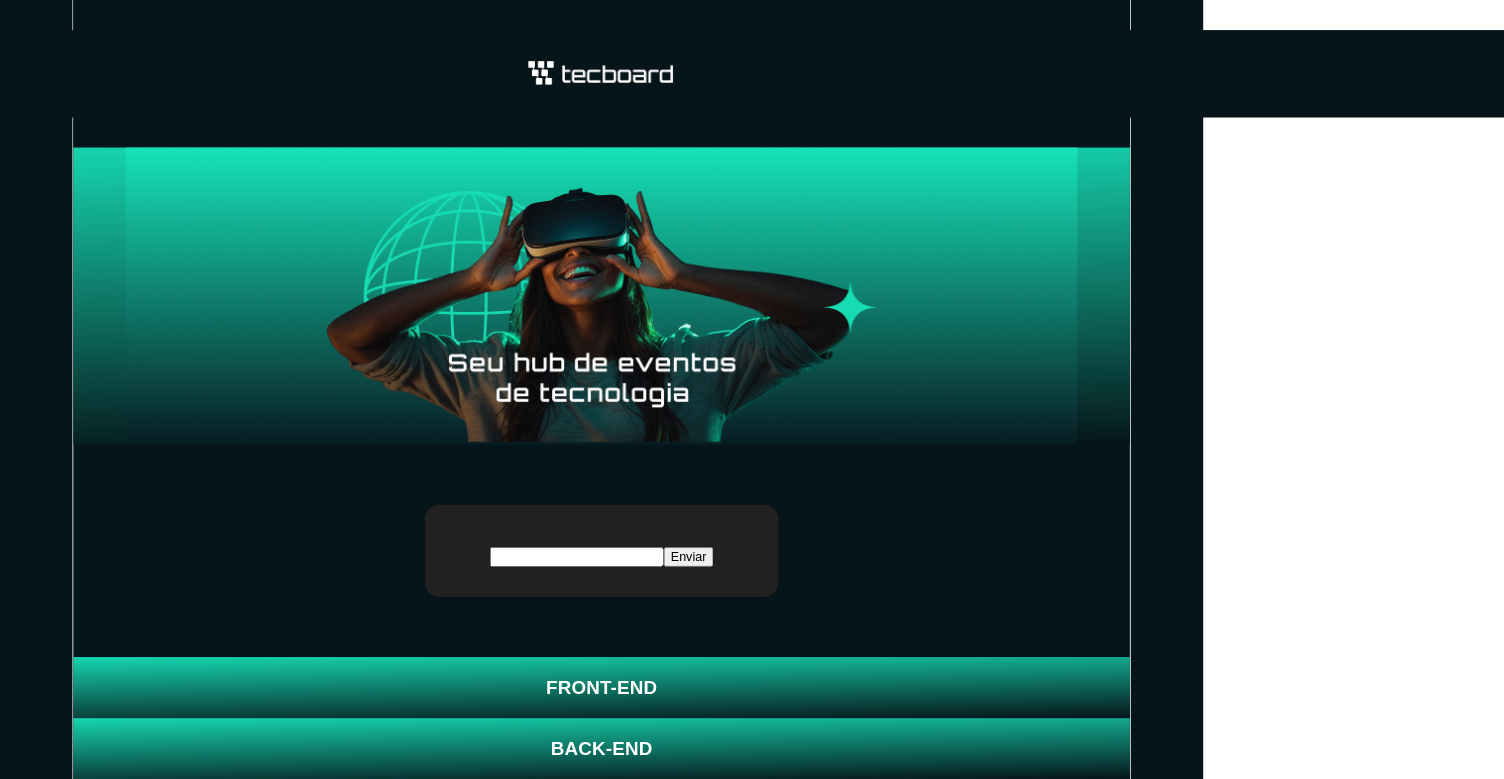
Repository: fernandadev12/techboard
Page: /
These files come from the project's save history. The page is drawn as it stood at one moment and after the next save; the edit follows.
The browser window is 1280 px wide. The page is 1600 px wide, so the pictures cover 1600 px, including what lies to the right of the window. The pictures show the whole page, at 94% of full size.
The project was rebuilt for these pictures with package versions that can differ from the ones it lists, and the page was loaded fresh each time. Also part of the build but not shown: vite.config.js.

Above is the page before, as saved 2026-06-14 14:39:14.

### index.html
<!doctype html>
<html lang="en">
  <head>
    <meta charset="UTF-8" />
    <link rel="icon" type="image/svg+xml" href="/favicon.svg" />
    <meta name="viewport" content="width=device-width, initial-scale=1.0" />
    <link rel="preconnect" href="https://fonts.googleapis.com" />
    <link rel="preconnect" href="https://fonts.gstatic.com" crossorigin />
    <link
      href="https://fonts.googleapis.com/css2?family=Orbitron:wght@400..900&display=swap"
      rel="stylesheet"
    />
    <title>techboard</title>
  </head>
  <body>
    <div id="root"></div>
    <script type="module" src="/src/main.jsx"></script>
  </body>
</html>

### src/index.css
:root {
  --text: #6b6375;
  --text-h: #08060d;
  --bg: #fff;
  --border: #e5e4e7;
  --code-bg: #f4f3ec;
  --accent: #aa3bff;
  --accent-bg: rgba(170, 59, 255, 0.1);
  --accent-border: rgba(170, 59, 255, 0.5);
  --social-bg: rgba(244, 243, 236, 0.5);
  --shadow:
    rgba(0, 0, 0, 0.1) 0 10px 15px -3px, rgba(0, 0, 0, 0.05) 0 4px 6px -2px;

  --sans: system-ui, "Segoe UI", Roboto, sans-serif;
  --heading: system-ui, "Segoe UI", Roboto, sans-serif;
  --mono: ui-monospace, Consolas, monospace;

  font: 18px/145% var(--sans);
  letter-spacing: 0.18px;
  color-scheme: light dark;
  color: var(--text);
  background: var(--bg);
  font-synthesis: none;
  text-rendering: optimizeLegibility;
  -webkit-font-smoothing: antialiased;
  -moz-osx-font-smoothing: grayscale;

  @media (max-width: 1024px) {
    font-size: 16px;
  }
}

@media (prefers-color-scheme: dark) {
  :root {
    --text: #9ca3af;
    --text-h: #f3f4f6;
    --bg: #16171d;
    --border: #2e303a;
    --code-bg: #1f2028;
    --accent: #c084fc;
    --accent-bg: rgba(192, 132, 252, 0.15);
    --accent-border: rgba(192, 132, 252, 0.5);
    --social-bg: rgba(47, 48, 58, 0.5);
    --shadow:
      rgba(0, 0, 0, 0.4) 0 10px 15px -3px, rgba(0, 0, 0, 0.25) 0 4px 6px -2px;
  }

  #social .button-icon {
    filter: invert(1) brightness(2);
  }
}

body {
  margin: 0;
  background-color: #06151a;
}

#root {
  width: 1126px;
  max-width: 100%;
  margin: 0 auto;
  text-align: center;
  border-inline: 1px solid var(--border);
  min-height: 100svh;
  display: flex;
  flex-direction: column;
  box-sizing: border-box;
}

h1,
h2 {
  font-family: var(--heading);
  font-weight: 500;
  color: var(--text-h);
}

h1 {
  font-size: 56px;
  letter-spacing: -1.68px;
  margin: 32px 0;
  @media (max-width: 1024px) {
    font-size: 36px;
    margin: 20px 0;
  }
}
h2 {
  font-size: 24px;
  line-height: 118%;
  letter-spacing: -0.24px;
  margin: 0 0 8px;
  @media (max-width: 1024px) {
    font-size: 20px;
  }
}
p {
  margin: 0;
}

code,
.counter {
  font-family: var(--mono);
  display: inline-flex;
  border-radius: 4px;
  color: var(--text-h);
}

code {
  font-size: 15px;
  line-height: 135%;
  padding: 4px 8px;
  background: var(--code-bg);
}

### src/App.jsx
import "./App.css";
import { Banner } from "./componentes/Banner";
import { Tema } from "./componentes/Tema";
import { FormularioDeEvento } from "./componentes/FormularioDeEvento";

function App() {
  const temas = [
    {
      id: 1,
      nome: "Front-end",
    },
    {
      id: 2,
      nome: "Back-end",
    },
    {
      id: 3,
      nome: "Mobile",
    },
    {
      id: 4,
      nome: "DevOps",
    },
    {
      id: 5,
      nome: "Inteligência Artificial",
    },
    {
      id: 6,
      nome: "Cloud",
    },
  ];

  return (
    <main>
      <header>
        <img src="/Header.png"></img>
      </header>
      <Banner />
      <FormularioDeEvento />
      <section>
        <Tema tema={temas[0]} />
      </section>
      <section>
        <Tema tema={temas[1]} />
      </section>
    </main>
  );
}

export default App;

### src/App.css
header {
  background-color: #06151a;
  padding: 32px;
  display: flex;
  justify-content: center;
}
section {
  background: linear-gradient(179deg, #16d5af 0%, #06151a);
  display: flex;
  justify-content: center;
}
section img {
  max-width: 90%;
}

.form-evento {
  background-color: #212121;
  padding: 32px 28px;
  border-radius: 15px;
  width: 394px;
  margin: 64px auto;
  max-width: 320px;
}
.hero {
  position: relative;

  .base,
  .framework,
  .vite {
    inset-inline: 0;
    margin: 0 auto;
  }

  .base {
    width: 170px;
    position: relative;
    z-index: 0;
  }

  .framework,
  .vite {
    position: absolute;
  }

  .framework {
    z-index: 1;
    top: 34px;
    height: 28px;
    transform: perspective(2000px) rotateZ(300deg) rotateX(44deg) rotateY(39deg)
      scale(1.4);
  }

  .vite {
    z-index: 0;
    top: 107px;
    height: 26px;
    width: auto;
    transform: perspective(2000px) rotateZ(300deg) rotateX(40deg) rotateY(39deg)
      scale(0.8);
  }
}

#center {
  display: flex;
  flex-direction: column;
  gap: 25px;
  place-content: center;
  place-items: center;
  flex-grow: 1;

  @media (max-width: 1024px) {
    padding: 32px 20px 24px;
    gap: 18px;
  }
}

#next-steps {
  display: flex;
  border-top: 1px solid var(--border);
  text-align: left;

  & > div {
    flex: 1 1 0;
    padding: 32px;
    @media (max-width: 1024px) {
      padding: 24px 20px;
    }
  }

  .icon {
    margin-bottom: 16px;
    width: 22px;
    height: 22px;
  }

  @media (max-width: 1024px) {
    flex-direction: column;
    text-align: center;
  }
}

#docs {
  border-right: 1px solid var(--border);

  @media (max-width: 1024px) {
    border-right: none;
    border-bottom: 1px solid var(--border);
  }
}

#next-steps ul {
  list-style: none;
  padding: 0;
  display: flex;
  gap: 8px;
  margin: 32px 0 0;

  .logo {
    height: 18px;
  }

  a {
    color: var(--text-h);
    font-size: 16px;
    border-radius: 6px;
    background: var(--social-bg);
    display: flex;
    padding: 6px 12px;
    align-items: center;
    gap: 8px;
    text-decoration: none;
    transition: box-shadow 0.3s;

    &:hover {
      box-shadow: var(--shadow);
    }
    .button-icon {
      height: 18px;
      width: 18px;
    }
  }

  @media (max-width: 1024px) {
    margin-top: 20px;
    flex-wrap: wrap;
    justify-content: center;

    li {
      flex: 1 1 calc(50% - 8px);
    }

    a {
      width: 100%;
      justify-content: center;
      box-sizing: border-box;
    }
  }
}

#spacer {
  height: 88px;
  border-top: 1px solid var(--border);
  @media (max-width: 1024px) {
    height: 48px;
  }
}

.ticks {
  position: relative;
  width: 100%;

  &::before,
  &::after {
    content: "";
    position: absolute;
    top: -4.5px;
    border: 5px solid transparent;
  }

  &::before {
    left: 0;
    border-left-color: var(--border);
  }
  &::after {
    right: 0;
    border-right-color: var(--border);
  }
}

### src/componentes/Banner/index.jsx
import "./bannerstyles.css";

export function Banner() {
  return (
    <section className="banner">
      <img src="/Banner.jpg"></img>
    </section>
  );
}

### src/componentes/Tema/index.jsx
import "./temastyles.css";

export function Tema({ tema }) {
  return <h3 className="titulotema">{tema.nome}</h3>;
}

### src/componentes/FormularioDeEvento/index.jsx
import { TituloFormulario } from "../TituloFormulario";
import { CampoFormulario } from "../CampoDeFormulario";
import { BotaoFormulario } from "../Botao";

export function FormularioDeEvento() {
  return (
    <form className="form-evento">
      <TituloFormulario />
      <CampoFormulario />
      <input type="text" id="nome" />
      <BotaoFormulario />
    </form>
  );
}

### src/componentes/Banner/bannerstyles.css
.banner {
  background: linear-gradient(179deg, #16d5af 0%, #06151a);
  display: flex;
  justify-content: center;
}

.banner img {
  max-width: 90%;
}

### src/componentes/Tema/temastyles.css
.titulotema {
  color: #fff;
  font-family: "Orbiton", sans-serif;
  font-weight: 600;
  font-size: 20px;
  line-height: 125%;
  letter-spacing: 10%;
  vertical-align: middle;
  text-transform: uppercase;
}

### src/componentes/TituloFormulario/index.jsx
import "./titulostyle.css";

// export function TituloFormulario() {
//   return <h3 class="tituloform">Preencha para criar um evento:</h3>;
// }
export function TituloFormulario({ children }) {
  return <h2 className="tituloform">{children}</h2>;
}

### src/componentes/CampoDeFormulario/index.jsx
import "./campoformestyles.css";

export function CampoFormulario({ children }) {
  return <fieldset className="campoform">{children}</fieldset>;
}

### src/componentes/Botao/index.jsx
export function BotaoFormulario() {
  return <button type="submit">Enviar</button>;
}

### src/componentes/TituloFormulario/titulostyle.css
.tituloform {
  font-family:
    "Trebuchet MS", "Lucida Sans Unicode", "Lucida Grande", "Lucida Sans",
    Arial, sans-serif;
  font-weight: 400;
  font-size: 20px;
  line-height: 125%;
  color: #fff;
}

### src/componentes/CampoDeFormulario/campoformestyles.css
.campoform {
  display: flex;
  flex-direction: column;
  gap: 8px;
  border: 1px;
  padding: 0;
  margin: 0;
}

Loaded but not shown: src/main.jsx (common file)

After the next save:
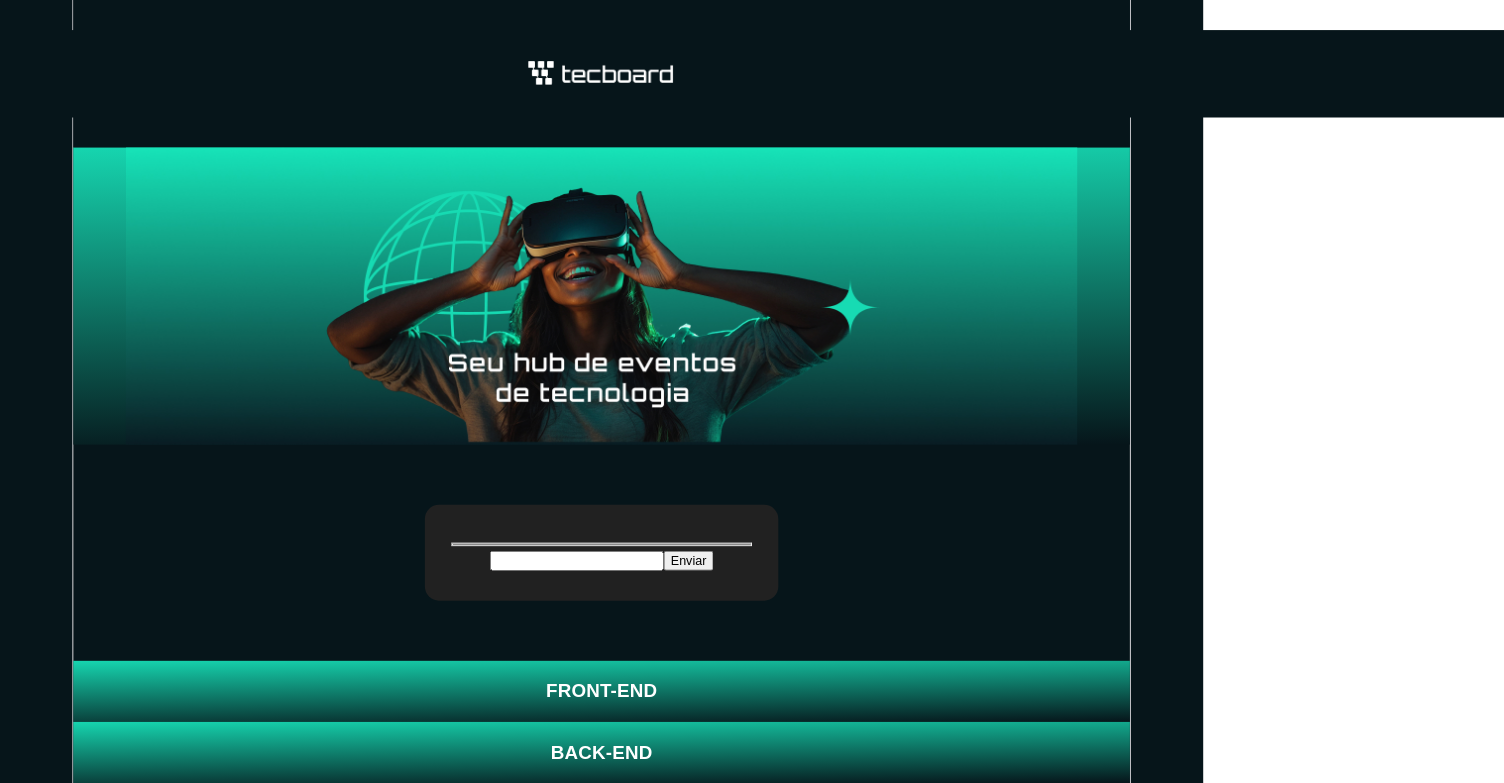
Saved 6 s later.
--- a/src/componentes/CampoDeFormulario/campoformestyles.css
+++ b/src/componentes/CampoDeFormulario/campoformestyles.css
@@ -2,7 +2,7 @@
   display: flex;
   flex-direction: column;
   gap: 8px;
-  border: 1px;
+
   padding: 0;
   margin: 0;
 }

After the save that followed:
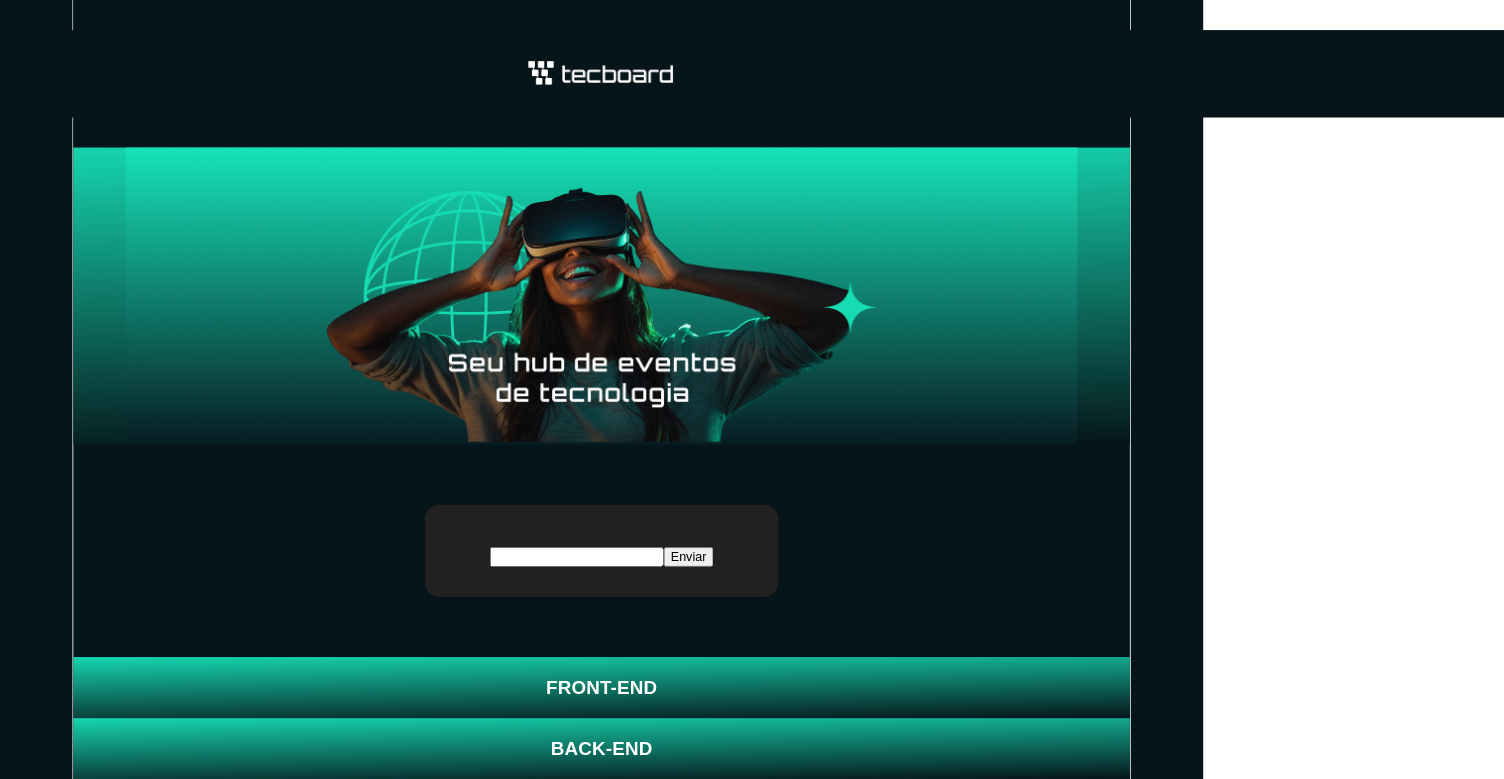
Saved 7 s later.
--- a/src/componentes/CampoDeFormulario/campoformestyles.css
+++ b/src/componentes/CampoDeFormulario/campoformestyles.css
@@ -2,7 +2,7 @@
   display: flex;
   flex-direction: column;
   gap: 8px;
-
+  border: 1px;
   padding: 0;
   margin: 0;
 }
